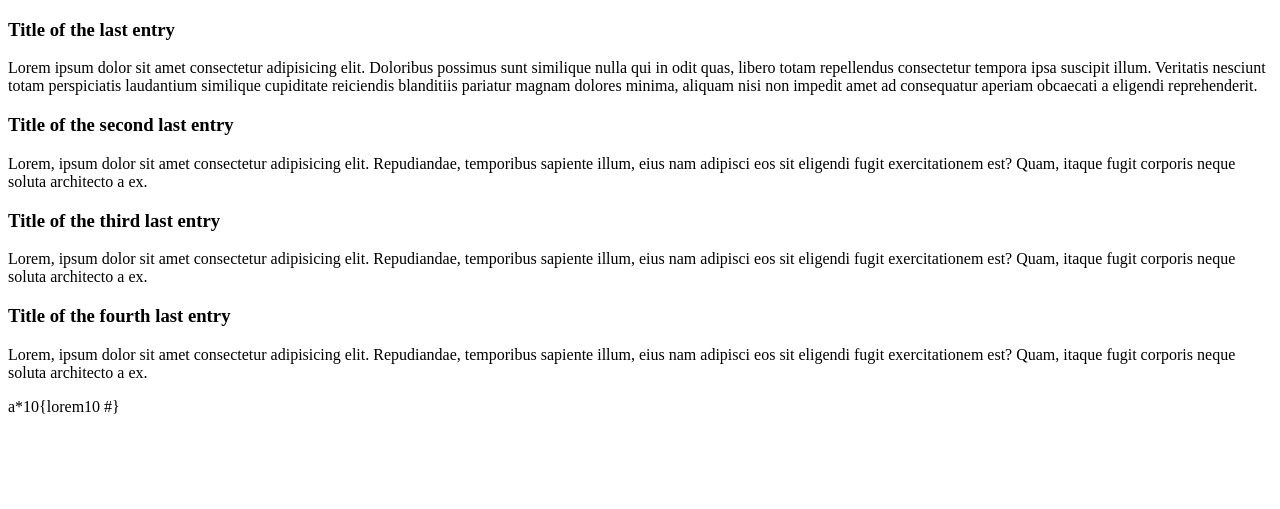
Repository: KikiMcArron/Don_Kiki_McArron
Page: index.html
The author's editor kept a copy of each file at every save. The page is drawn from the files as they stood at one save, then again after the next save.
The browser window is 1280 px wide. The pictures show the whole page.

Above is the page before, as saved 2022-04-10 19:14:26.

After the next save:
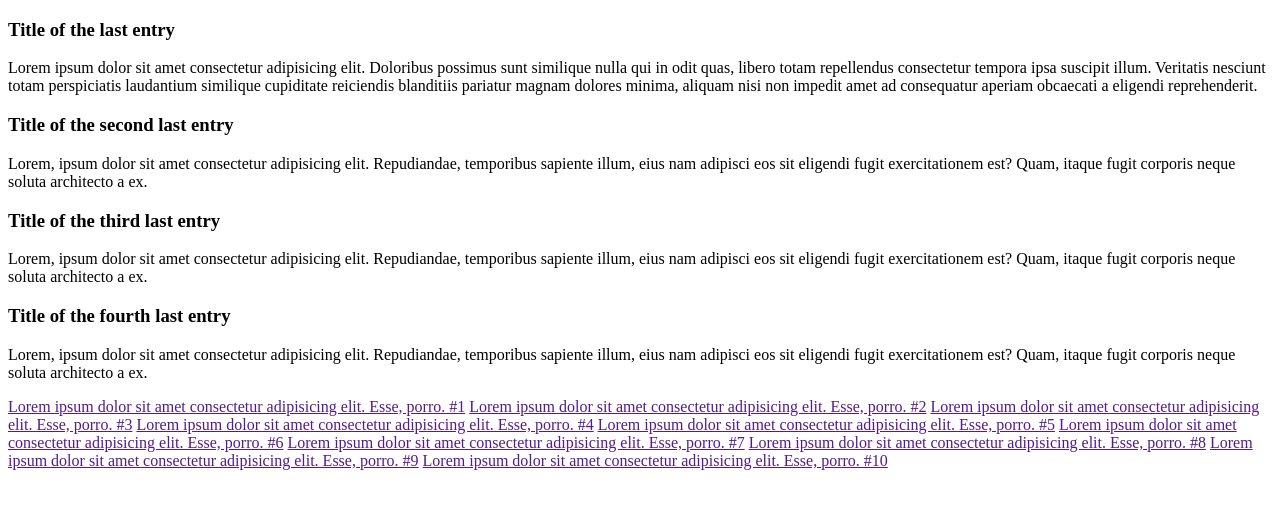
Saved 85 s later.
--- a/index.html
+++ b/index.html
@@ -43,7 +43,16 @@
             </article>
         </section>
         <section class="hitory_entries">
-            a*10{lorem10 #}
+            <a href="">Lorem ipsum dolor sit amet consectetur adipisicing elit. Esse, porro. #1</a>
+            <a href="">Lorem ipsum dolor sit amet consectetur adipisicing elit. Esse, porro. #2</a>
+            <a href="">Lorem ipsum dolor sit amet consectetur adipisicing elit. Esse, porro. #3</a>
+            <a href="">Lorem ipsum dolor sit amet consectetur adipisicing elit. Esse, porro. #4</a>
+            <a href="">Lorem ipsum dolor sit amet consectetur adipisicing elit. Esse, porro. #5</a>
+            <a href="">Lorem ipsum dolor sit amet consectetur adipisicing elit. Esse, porro. #6</a>
+            <a href="">Lorem ipsum dolor sit amet consectetur adipisicing elit. Esse, porro. #7</a>
+            <a href="">Lorem ipsum dolor sit amet consectetur adipisicing elit. Esse, porro. #8</a>
+            <a href="">Lorem ipsum dolor sit amet consectetur adipisicing elit. Esse, porro. #9</a>
+            <a href="">Lorem ipsum dolor sit amet consectetur adipisicing elit. Esse, porro. #10</a>
 
         </section>
     </main>
